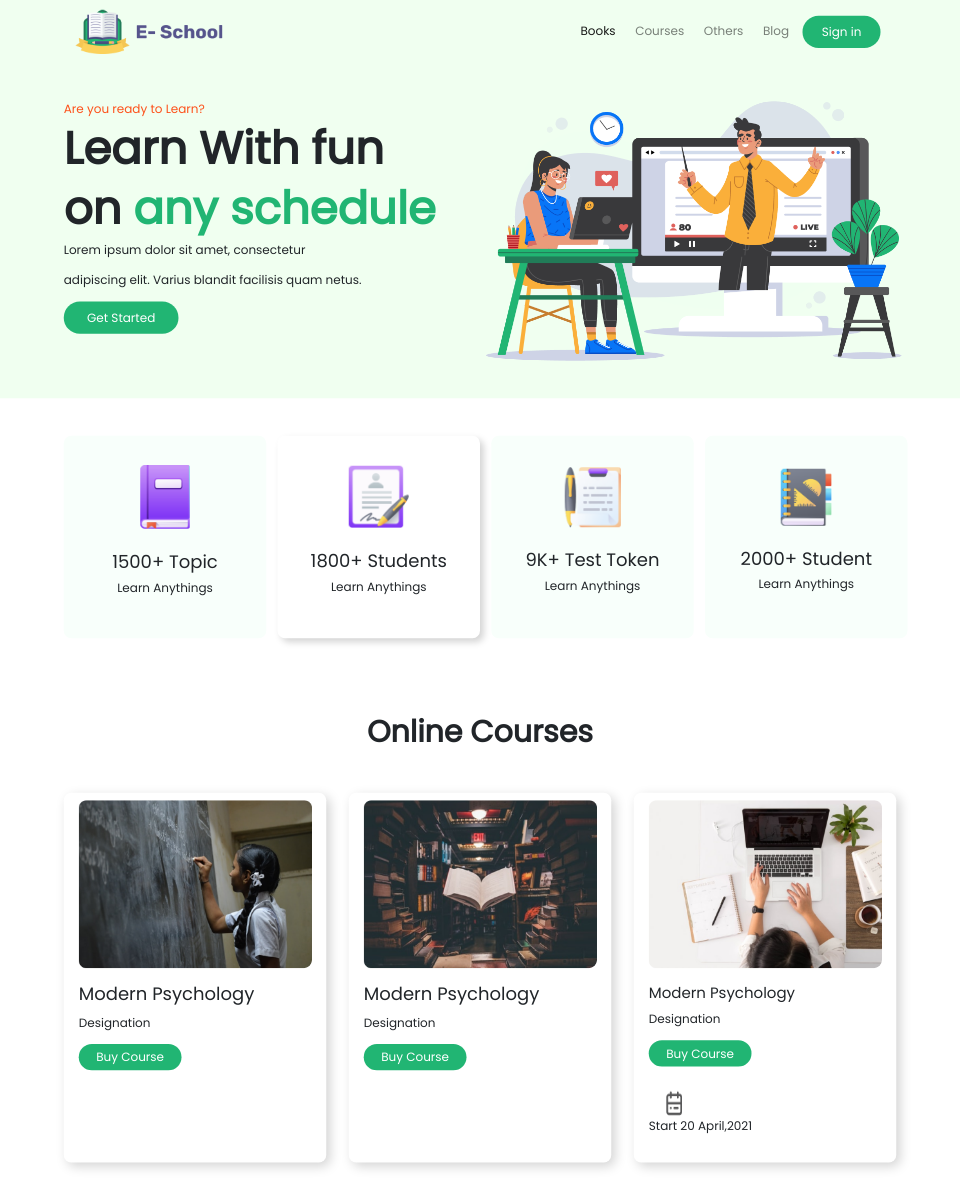
Repository: mohsinfarabi/e-school
Page: index.html
These files come from the project's save history. The page is drawn as it stood at one moment and after the next save; the edit follows.
The browser window is 1280 px wide. The pictures show the whole page, at 75% of full size.

Above is the page before, as saved 2020-07-08 19:48:04.

After the next save:
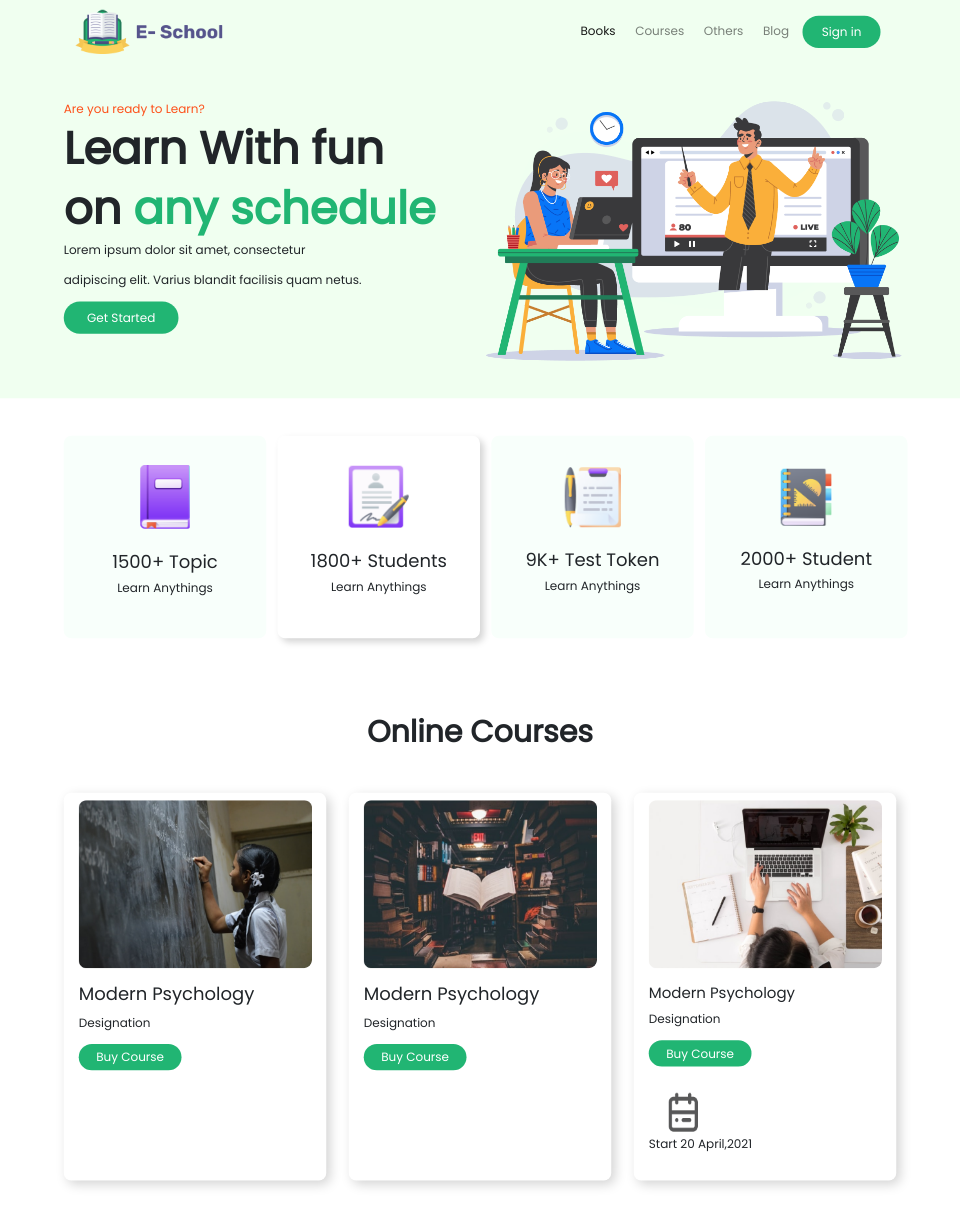
Saved 28 s later.
--- a/style.css
+++ b/style.css
@@ -151,6 +151,6 @@
     }
 
     .card-bottom img {
-        width: 48px;
-        height: 48px;
+        width: 72px;
+        height: 72px;
     }
